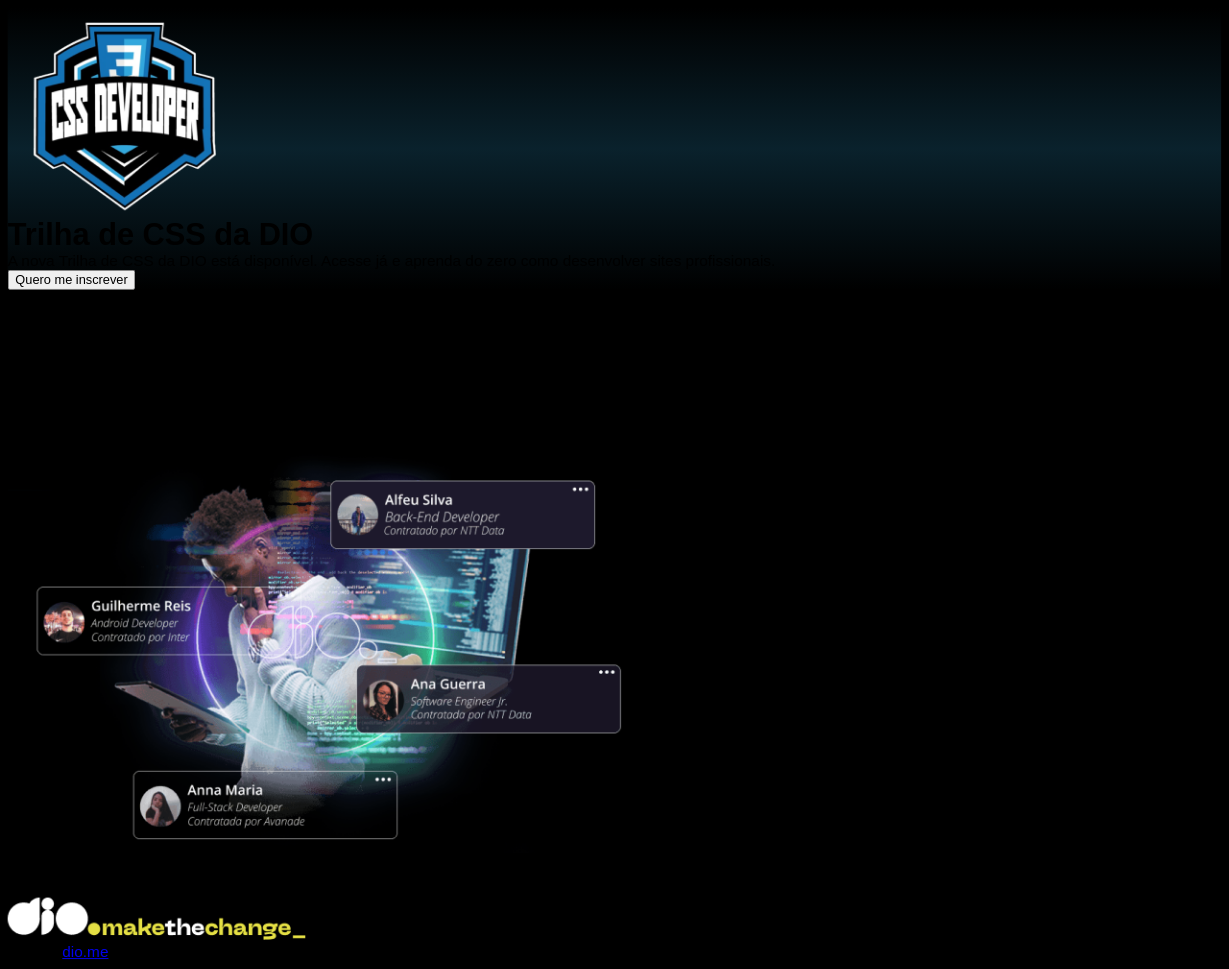
Repository: Zoemateus324/landing-page
Page: index.html
The author's editor kept a copy of each file at every save. The page is drawn from the files as they stood at one save, then again after the next save.
The browser window is 1280 px wide. The pictures show the whole page, at 96% of full size.

Above is the page before, as saved 2024-11-23 10:26:52.

After the next save:
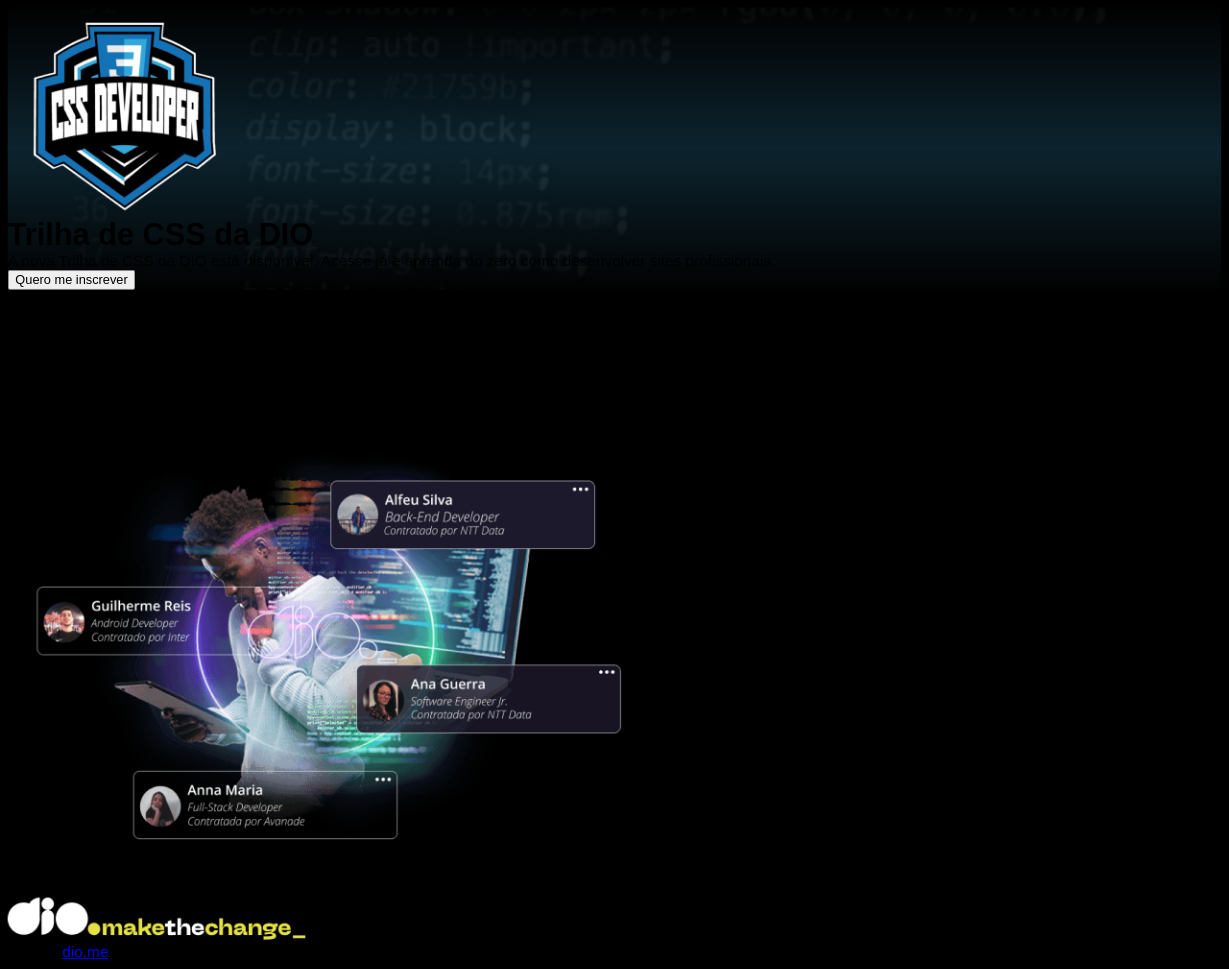
Saved 28 s later.
--- a/assets/styles.css
+++ b/assets/styles.css
@@ -12,5 +12,5 @@
 }
 .banner{
     background-image:linear-gradient(rgba(0,0,0,.6), rgba(49,168,221,.2), rgba(0,0,0,.6)),
-    url()
+    url(./assets/images/banner.png)
 }
